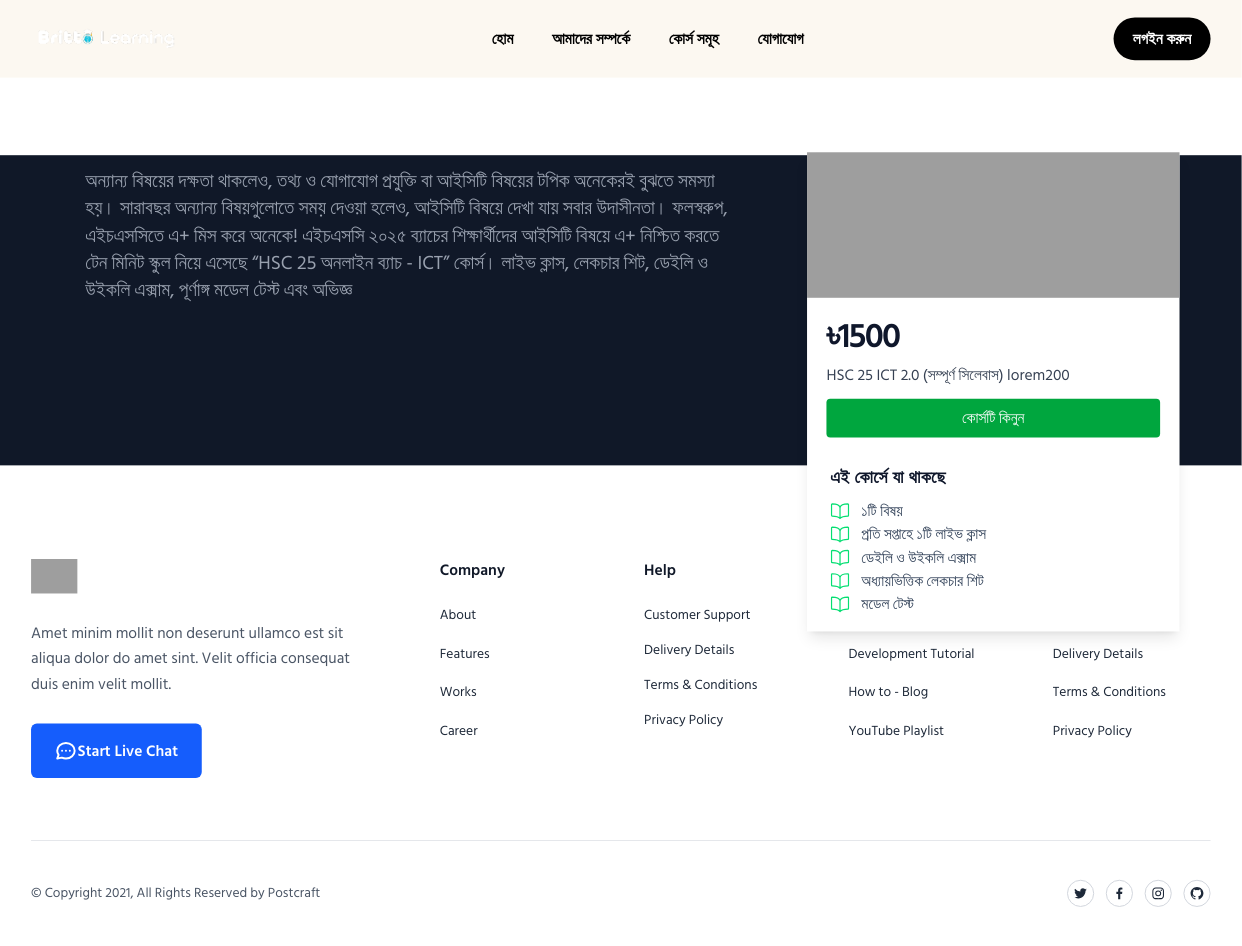
Repository: Ruddro420/course-selling
Page: /single-course
These files come from the project's save history. The page is drawn as it stood at one moment and after the next save; the edit follows.
The browser window is 1280 px wide. The pictures show the whole page, at 97% of full size.
Pictures or frames that could not be fetched are drawn as grey boxes. The project was rebuilt for these pictures with package versions that can differ from the ones it lists, and the page was loaded fresh each time. Also part of the build but not shown: vite.config.js, src/components/AboutSection.jsx, src/components/ContactSection.jsx, src/components/CourseSection.jsx, src/components/Hero.jsx, src/components/TeamSection.jsx, src/components/WhyUsSection.jsx, src/pages/Home.jsx and 2 more.

Above is the page before, as saved 2025-02-06 03:27:49.

After the next save:
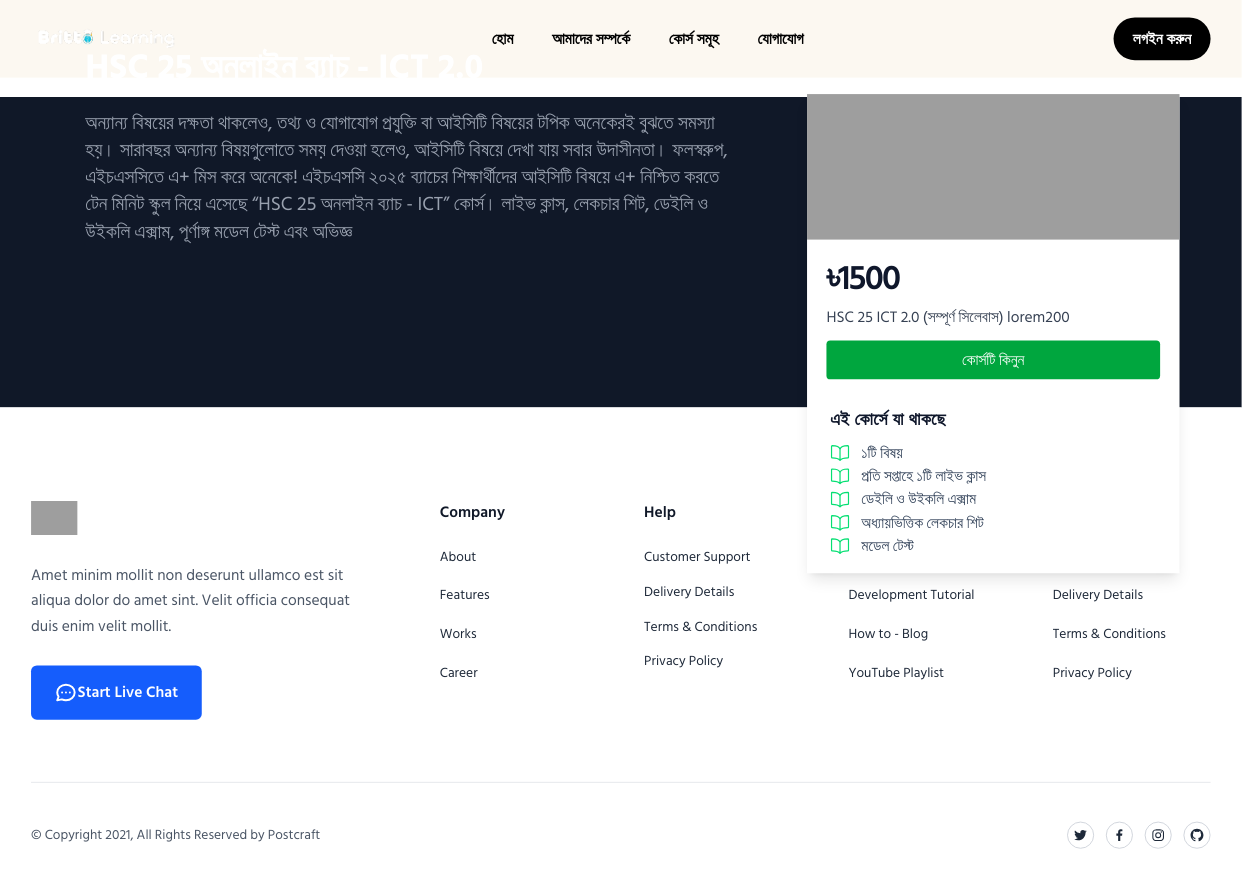
Saved 11 s later.
--- a/src/components/courseComponent/CourseHero.jsx
+++ b/src/components/courseComponent/CourseHero.jsx
@@ -2,7 +2,7 @@ import { IoBookOutline } from "react-icons/io5";
 
 const CourseHero = () => {
   return (
-    <div className="pt-20">
+    <div className="pt-[20px]">
       <div className="bg-gray-900 py-20 course-hero-section  h-80 flex items-center justify-between mx-auto p-4 ">
         <div className="container mx-auto mt-10 max-w-screen-xl md:px-12">
           <div className="flex flex-col course-hero md:flex-row md:gap-12">
